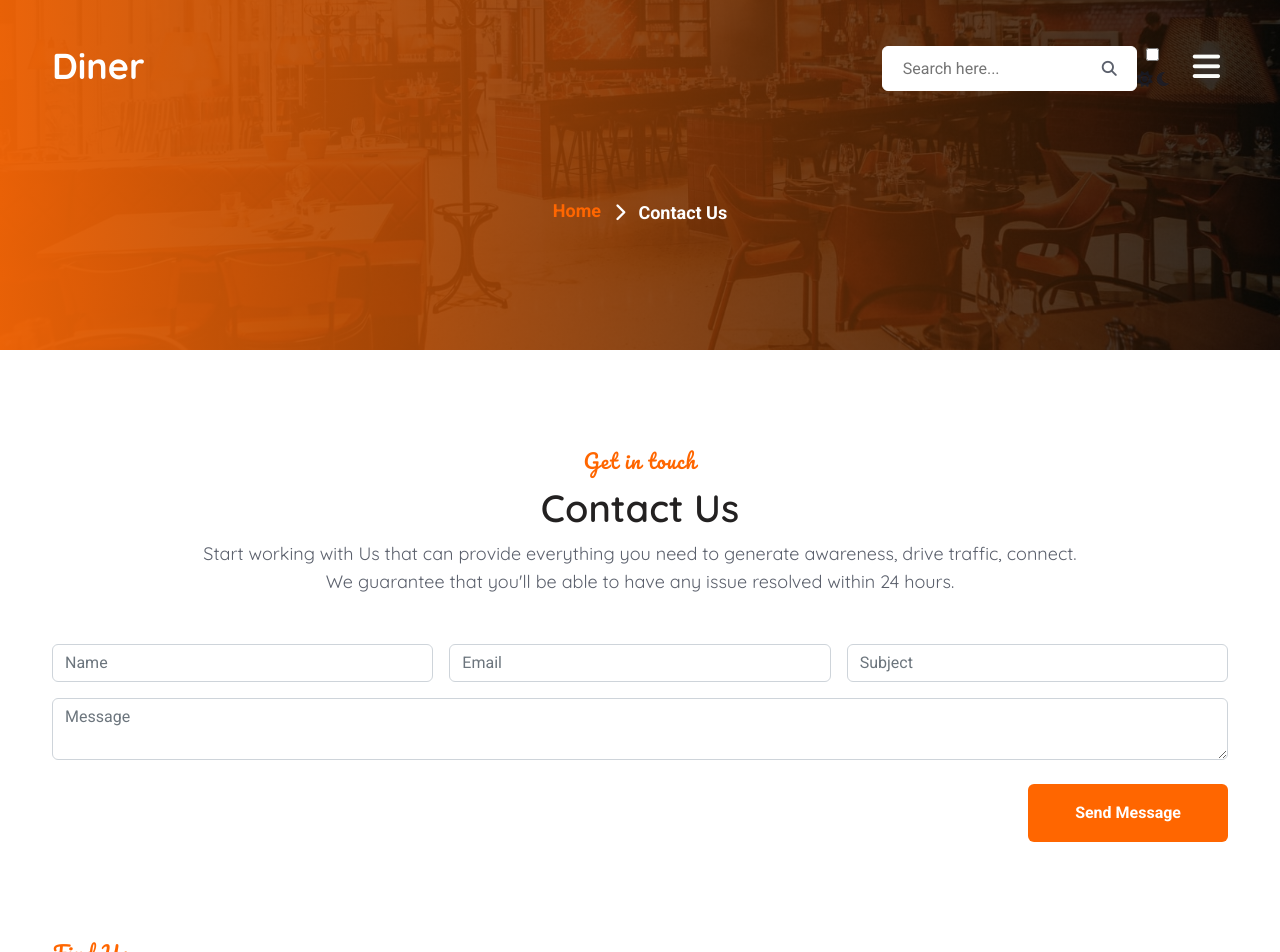
Repository: minhtrivu6199/Diner
Page: contact.html
These files come from the project's save history. The page is drawn as it stood at one moment and after the next save; the edit follows.
The browser window is 1280 px wide. The pictures show the part of the page from y = 0 to 952 px (the page is 2237 px tall).
Backgrounds fixed to the window are drawn as part of the page. The style sheet was rebuilt from its Sass, Less or Tailwind sources for each picture, by a compiler version that may differ from the author's.

Above is the page before, as saved 2022-10-12 14:17:44.

### contact.html
<!DOCTYPE html>
<html lang="en">
  <head>
    <title>Diner</title>
    <!-- Required meta tags -->
    <meta charset="utf-8" />
    <meta
      name="viewport"
      content="width=device-width, initial-scale=1, shrink-to-fit=no"
    />

    <!-- FontAwesome 6.2.0 CSS -->
    <link
      rel="stylesheet"
      href="https://cdnjs.cloudflare.com/ajax/libs/font-awesome/6.2.0/css/all.min.css"
      integrity="sha512-xh6O/CkQoPOWDdYTDqeRdPCVd1SpvCA9XXcUnZS2FmJNp1coAFzvtCN9BmamE+4aHK8yyUHUSCcJHgXloTyT2A=="
      crossorigin="anonymous"
      referrerpolicy="no-referrer"
    />

    <!-- Font -->
    <link rel="preconnect" href="https://fonts.googleapis.com" />
    <link rel="preconnect" href="https://fonts.gstatic.com" crossorigin />
    <link
      href="https://fonts.googleapis.com/css2?family=Roboto:wght@100;300;400;500;700;900&display=swap"
      rel="stylesheet"
    />
    <link
      href="https://fonts.googleapis.com/css2?family=Pacifico&display=swap"
      rel="stylesheet"
    />
    <link
      href="https://fonts.googleapis.com/css2?family=Quicksand:wght@300;400;500;600;700&display=swap"
      rel="stylesheet"
    />

    <!-- Bootstrap CSS v5.2.1 -->
    <link
      href="https://cdn.jsdelivr.net/npm/bootstrap@5.2.1/dist/css/bootstrap.min.css"
      rel="stylesheet"
      integrity="sha384-iYQeCzEYFbKjA/T2uDLTpkwGzCiq6soy8tYaI1GyVh/UjpbCx/TYkiZhlZB6+fzT"
      crossorigin="anonymous"
    />
    <link rel="stylesheet" href="./css/contact.min.css" />
  </head>

  <body>
    <section class="header-banner">
      <div class="container">
        <!-- BANNER HEADER -->
        <div class="banner-header">
          <div class="banner-logo">
            <h1>
              <a href="" class="logo-brand">Diner</a>
            </h1>
          </div>
          <div class="banner-right-content">
            <div class="search-bar">
              <form class="search position-relative">
                <input
                  type="search"
                  class="search-input"
                  placeholder="Search here..."
                />
                <span class="fa fa-search search-icon"></span>
              </form>
            </div>
            <div class="menu text-center">
              <div class="mobile-position">
                <nav class="navigation">
                  <div class="theme-switch-wrapper">
                      <label for="checkbox" class="theme-switch">
                        <input type="checkbox" id="checkbox" />
                        <div class="mode-container">
                          <i class="fa fa-sun"></i>
                          <i class="fa fa-moon"></i>
                        </div>
                      </label>
                    </div>
                </nav>
              </div>
              <div class="mobile-nav-button text-center">
                <button id="trigger-overlay" type="button">
                  <i class="fa fa-bars" aria-hidden="true"></i>
                </button>
              </div>
            </div>
          </div>
          <!-- NAV MENU -->
          <div class="overlay overlay-scale">
            <button type="button" class="overlay-close">
              <i class="fa fa-times" aria-hidden="true"></i>
            </button>

            <nav>
              <ul>
                <li><a href="index.html" class="active">Home</a></li>
                <li><a href="about.html">About</a></li>
                <li><a href="services.html">Services</a></li>
                <li><a href="blog.html">Blog</a></li>
                <li><a href="error.html">404</a></li>
                <li><a href="">Landing Page</a></li>
                <li><a href="contact.html">Contact</a></li>
                <li><a href="">Shot Codes</a></li>
                <li><a href="">Email</a></li>
              </ul>
            </nav>
          </div>
          <!-- END NAV MENU -->
        </div>
        <!-- END BANNER HEADER -->
        <div class="header-breadcrumb text-center">
          <div class="path">
            <a href="./index.html">Home</a>
            <span class="fa fa-chevron-right mx-2"></span>
            <span>Contact Us</span>
          </div>
        </div>
      </div>
    </section>
    <!-- CONTACT -->
    <section class="contact py-5">
      <div class="contacts-container py-lg-5 py-md-4">
        <div class="container">
          <!-- FORM -->
          <div class="contact-form">
            <div class="header-title text-center">
              <h6 class="subtitle">Get in touch</h6>
              <h3 class="title">Contact Us</h3>
              <p class="mb-sm-5 mb-4">
                Start working with Us that can provide everything you need to
                generate awareness, drive traffic, connect.<br />
                We guarantee that you'll be able to have any issue resolved
                within 24 hours.
              </p>
            </div>
            <form action="">
              <div class="d-flex mb-3">
                <input type="text" class="form-control" placeholder="Name" />
                <input type="email" class="form-control mx-3" placeholder="Email" />
                <input type="text" class="form-control" placeholder="Subject" />
              </div>
              <textarea placeholder="Message" class="form-control"></textarea>
              <div class="text-end">
                <button class="btn-style mt-4">Send Message</button>
              </div>
            </form>
          </div>
          <!-- END FORM -->

          <!-- FIND US -->
          <div class="find-us mt-5 pt-lg-5">
            <div class="info">
              <div class="header-title text-start mb-md-5 mb-4">
                <h6 class="subtitle">Find Us</h6>
                <h3 class="title mb-4">Additional Info</h3>
              </div>
              <div class="content d-flex">
                <div class="content-left text-center">
                  <span class="fa fa-phone"></span>
                </div>
                <div class="content-right">
                  <h5>Phone Number</h5>
                  <p>
                    <a href="">+(21) 255 088 4943</a>
                  </p>
                </div>
              </div>
              <div class="content d-flex mt-3">
                <div class="content-left text-center">
                  <span class="fa fa-envelope"></span>
                </div>
                <div class="content-right">
                  <h5>Send Email</h5>
                  <p>
                    <a href="">diner@mail.com</a>
                  </p>
                </div>
              </div>
              <div class="content d-flex mt-3">
                <div class="content-left text-center">
                  <span class="fa fa-map-marker"></span>
                </div>
                <div class="content-right">
                  <h5>Offfice Address</h5>
                  <p class="pe-lg-5">
                    Address here, 434 Food Honey street, London, UK - 62617.
                  </p>
                </div>
              </div>
            </div>
            <div class="map-content">
              <div class="map-iframe">
                <iframe
                  src="https://www.google.com/maps/embed?pb=!1m18!1m12!1m3!1d3919.4955913666636!2d106.66645661534315!3d10.773303362195957!2m3!1f0!2f0!3f0!3m2!1i1024!2i768!4f13.1!3m3!1m2!1s0x31752edc6bab45dd%3A0xe6e62ce7d7408c5d!2zNDU5IFPGsCBW4bqhbiBI4bqhbmgsIFBoxrDhu51uZyAxMiwgUXXhuq1uIDEwLCBUaMOgbmggcGjhu5EgSOG7kyBDaMOtIE1pbmgsIFZp4buHdCBOYW0!5e0!3m2!1svi!2s!4v1661777489782!5m2!1svi!2s"
                  width="100%"
                  height="400"
                  frameborder="0"
                  style="border: 0"
                  allowfullscreen=""
                  loading="lazy"
                  referrerpolicy="no-referrer-when-downgrade"
                ></iframe>
              </div>
            </div>
          </div>
        </div>
      </div>
    </section>
    <!-- END CONTACT -->

    <!-- FOOTER -->
    <section class="footer">
      <div class="py-5">
        <div class="container py-lg-4">
          <div class="row">
            <div class="col-lg-4 col-md-6 col-sm-7 pe-lg-5">
              <div class="footer-logo mb-3">
                <h2>
                  <a href="./index.html" class="navbar-brand">Diner</a>
                </h2>
              </div>
              <p>
                Lorem ipsum viverra feugiat. Pellen tesque libero ut justo,
                ultrices in ligula. Semper at tempufddfel. Lorem ipsum dolor sit
                amet Semper at elit.
              </p>
              <div class="social mt-4">
                <a href="" class="icon">
                  <span class="fab fa-facebook-f"></span>
                </a>
                <a href="" class="icon">
                  <span class="fab fa-twitter"></span>
                </a>
                <a href="" class="icon">
                  <span class="fab fa-instagram"></span>
                </a>
                <a href="" class="icon">
                  <span class="fab fa-linkedin"></span>
                </a>
              </div>
            </div>
            <div class="col-lg-2 col-md-6 col-sm-5 col-6 mt-sm-0 mt-5">
              <ul>
                <h6 class="footer-title">Usefull Links</h6>
                <li>
                  <a href="">About Us</a>
                </li>
                <li>
                  <a href="">Services</a>
                </li>
                <li>
                  <a href="">Blog posts</a>
                </li>
                <li>
                  <a href="">Careers</a>
                </li>
                <li>
                  <a href="">Contact us</a>
                </li>
              </ul>
            </div>
            <div class="col-lg-2 col-md-6 col-sm-5 col-6 mt-sm-0 mt-5">
              <ul>
                <h6 class="footer-title">More Info</h6>
                <li>
                  <a href="">History</a>
                </li>
                <li>
                  <a href="">Vision & Values</a>
                </li>
                <li>
                  <a href="">Awards</a>
                </li>
                <li>
                  <a href="">Media</a>
                </li>
                <li>
                  <a href="">Support</a>
                </li>
              </ul>
            </div>
            <div class="col-lg-4 col-md-6 col-sm-7 mt-lg-0 mt-5">
              <h6 class="footer-title">Subscribe to our Newsletter</h6>
              <p>
                Enter your email and receive the latest news, updates and
                special offers from us.
              </p>
              <form action="" class="subscribe mt-4">
                <input
                  type="email"
                  name="email"
                  placeholder="Your Email Address"
                />
                <button class="btn-style w-100 mt-3">Subscibe Now</button>
              </form>
            </div>
          </div>
        </div>
      </div>
    </section>
    <section class="copyright">
      <div class="container">
        <div class="row">
          <div class="col-lg-8">
            <p>
              © 2021 Diner. All rights reserved. Design by
              <a href="">W3Layouts</a>
            </p>
          </div>
          <div class="col-lg-4">
            <div class="d-flex text-lg-end">
              <a href="">Careers</a>
              <a href="" class="mx-lg-5 mx-md-4 mx-3">Privacy Policy</a>
              <a href="">Contact Us</a>
            </div>
          </div>
        </div>
      </div>
    </section>
    <!-- Bootstrap JavaScript Libraries -->
    <script
      src="https://cdn.jsdelivr.net/npm/@popperjs/core@2.11.6/dist/umd/popper.min.js"
      integrity="sha384-oBqDVmMz9ATKxIep9tiCxS/Z9fNfEXiDAYTujMAeBAsjFuCZSmKbSSUnQlmh/jp3"
      crossorigin="anonymous"
    ></script>

    <script
      src="https://cdn.jsdelivr.net/npm/bootstrap@5.2.1/dist/js/bootstrap.min.js"
      integrity="sha384-7VPbUDkoPSGFnVtYi0QogXtr74QeVeeIs99Qfg5YCF+TidwNdjvaKZX19NZ/e6oz"
      crossorigin="anonymous"
    ></script>

    <!-- Theme-switch -->
    <script src="https://cdnjs.cloudflare.com/ajax/libs/jquery/3.6.1/jquery.min.js" integrity="sha512-aVKKRRi/Q/YV+4mjoKBsE4x3H+BkegoM/em46NNlCqNTmUYADjBbeNefNxYV7giUp0VxICtqdrbqU7iVaeZNXA==" crossorigin="anonymous" referrerpolicy="no-referrer"></script>
    <script src="./js/theme-switch.js"></script>

    <!-- JS -->
    <script src="./js/modernizr-2.6.2.min.js"></script>
    <script src="./js/classie.js"></script>
    <script src="./js/main.js"></script>
  </body>
</html>

### js/main.js
(function () {
  var container = document.querySelector("div.container"),
    triggerBttn = document.getElementById("trigger-overlay"),
    overlay = document.querySelector("div.overlay"),
    closeBttn = overlay.querySelector("button.overlay-close");
  (transEndEventNames = {
    WebkitTransition: "webkitTransitionEnd",
    MozTransition: "transitionend",
    OTransition: "oTransitionEnd",
    msTransition: "MSTransitionEnd",
    transition: "transitionend",
  }),
    (transEndEventName = transEndEventNames[Modernizr.prefixed("transition")]),
    (support = { transitions: Modernizr.csstransitions });

  function toggleOverlay() {
    if (classie.has(overlay, "open")) {
      classie.remove(overlay, "open");
      classie.remove(container, "overlay-open");
      classie.add(overlay, "close");
      var onEndTransitionFn = function (ev) {
        if (support.transitions) {
          if (ev.propertyName !== "visibility") return;
          this.removeEventListener(transEndEventName, onEndTransitionFn);
        }
        classie.remove(overlay, "close");
      };
      if (support.transitions) {
        overlay.addEventListener(transEndEventName, onEndTransitionFn);
      } else {
        onEndTransitionFn();
      }
    } else if (!classie.has(overlay, "close")) {
      classie.add(overlay, "open");
      classie.add(container, "overlay-open");
    }
  }

  triggerBttn.addEventListener("click", toggleOverlay);
  closeBttn.addEventListener("click", toggleOverlay);
})();

### scss/pages/about/contact.scss
@import "../../base/variables";
@import "../components/menu";
@import "../components/header";

### scss/base/_variables.scss
// Color
$blue: #007bff;
$indigo: #6610f2;
$purple: #6f42c1;
$pink: #e83e8c;
$red: #dc3545;
$orange: #ff6600;
$yellow: #ffc107;
$green: #28a745;
$teal: #20c997;
$cyan: #17a2b8;
$white: #fff;
$light-gray: #f7f7f7;
$gray: #6c757d;
$gray-dark: #343a40;
$light-orange: #f8b195;
$success: #28a745;
$info: #17a2b8;
$warning: #ffc107;
$danger: #dc3545;
$light: #f8f9fa;
$dark: #343a40;
$font-color: rgba(22, 28, 45, 0.7);

:root {
  --primary-color: #ff6600;
  --secondary-color: #ffc600;
  --font-color: rgba(22, 28, 45, 0.7);
  --bg-color: #fff;
  --heading-color: #232121;
  --border-radius: 6px;
  --border-radius-full: 35px;
  --border-color: transparent;
  --border-color-light: #eee;
  --nav-color: #232121;
  --dropdown-color: #fff;
  --iframe-filter: grayscale(0%);
  --bg-light: rgba(130, 115, 252, 0.05);
  --bg-grey: #f7f7f7;
  --footer-bg: #000;
  --card-bg: #fff;
}

[data-theme="dark"] {
  --primary-color: #ff6600;
  --secondary-color: #ffc600;
  --font-color: #c2d0da;
  --bg-color: #232220;
  --heading-color: #eee;
  --border-color: rgba(255, 255, 255, 0.2);
  --border-color-light: rgba(255, 255, 255, 0.1);
  --nav-color: #fff;
  --dropdown-color: #121725;
  --iframe-filter: grayscale(100%);
  --bg-light: #282828;
  --bg-grey: #282828;
  --card-bg: #888c96;
  --footer-bg: #000;
}

*,
::after,
::before {
  margin: 0;
  padding: 0;
  box-sizing: border-box;
}

html,
body {
  font-family: "Roboto", sans-serif;
  color: var(--font-color);
  background-color: var(--bg-color);
}
a {
  text-decoration: none;
  background-color: transparent;
  cursor: pointer;
}

.container {
  max-width: 1200px;
}

.subtitle {
  font-family: "Pacifico", cursive;
  font-size: 20px;
  font-weight: 400;
  line-height: 30px;
  letter-spacing: 1px;
  color: var(--primary-color);
}

.title {
  font-size: 38px;
  line-height: 48px;
  font-weight: 600;
  font-family: "Quicksand", sans-serif;
}

p {
  font-size: 18px;
  line-height: 28px;
  font-family: "Quicksand", sans-serif;
  color: var(--font-color);
}

h1,
h2,
h3,
h4,
h5,
h6 {
  font-family: "Quicksand", sans-serif;
  color: var(--heading-color);
}

.btn-style {
  padding: 12px 45px;
  font-size: 16px;
  line-height: 30px;
  font-weight: 700;
  transition: 0.3 ease-in;
  border-radius: 6px;
  border: 2px solid transparent;
  color: $white;
  background-color: $orange;
  &:hover {
    color: $white;
    background-color: $orange;
    opacity: 0.8;
    border: 2px solid $orange;
  }
}

.radius-image {
  border-radius: 6px;
}

.img-fluid {
  max-width: 100%;
  height: auto;
}

### scss/pages/components/_menu.scss
@import '../../base/variables';
.overlay {
	position: fixed;
	width: 100%;
	height: 100%;
	top: 0;
	left: 0;
	background: rgb(6 3 0 / 77%);
}

/* Overlay closing cross */
.overlay .overlay-close {
    width: 40px;
    height: 40px;
    position: absolute;
    right: 40px;
    top: 40px;
    overflow: hidden;
    border: none;
    background: $orange;
    color: #fff;
    border-radius: 6px;
}

button#trigger-overlay {
	outline: none;
	border: none;
	background: none;
	text-align: center;
	color: #fbfdfb;
	font-size: 1.95em;
	padding: 0 8px;
}

/* Menu style */
.overlay nav {
	text-align: center;
	position: relative;
	top: 50%;
	height: 60%;
	-webkit-transform: translateY(-50%);
	transform: translateY(-50%);
}
.overlay ul {
	list-style: none;
	padding: 0;
	margin: 0 auto;
	display: inline-block;
	height: 100%;
	position: relative;
}
.overlay ul li {
	display: block;
	-webkit-backface-visibility: hidden;
	backface-visibility: hidden;
    line-height:3em;
}
.overlay ul li a {
	font-size: 20px;
	font-weight: 600;
	display: block;
	color: #fff;
	-webkit-transition: color 0.2s;
	transition: color 0.2s;
}

.overlay ul li a:hover,
.overlay ul li a:focus {
	color: $orange;
}

/* Effects */
.overlay-scale {
	visibility: hidden;
	opacity: 0;
	-webkit-transform: scale(0.9);
	transform: scale(0.9);
	-webkit-transition: -webkit-transform 0.2s, opacity 0.2s, visibility 0s 0.2s;
	transition: transform 0.2s, opacity 0.2s, visibility 0s 0.2s;
}

.overlay-scale.open {
	visibility: visible;
	opacity: 1;
	-webkit-transform: scale(1);
	transform: scale(1);
	-webkit-transition: -webkit-transform 0.4s, opacity 0.4s;
	transition: transform 0.4s, opacity 0.4s;
}

@media screen and (max-height: 30.5em) {
	.overlay nav {
		height: 70%;
		font-size: 34px;
	}

	.overlay ul li {
		min-height: 34px;
	}
}
@media (max-width:767px) {
	.overlay ul li a {
		font-size: 16px;
	}
	.overlay ul li {
		line-height: 2.5em;
	}
}
@media (max-width:600px) {
	.overlay ul li a {
		font-size: 16px;
	}
	.overlay ul li {
		line-height: 2.2em;
	}
}

### scss/pages/components/_header.scss
.header-banner {
    background-image: linear-gradient(to right, rgb(236 98 6 / 98%), rgb(5 3 0 / 83%)),
      url(../img/banner2.jpg);
    background-size: cover;
    background-position: center;
    background-repeat: no-repeat;
    background-attachment: fixed;
    min-height: 350px;
    .container {
      .banner-header {
        display: flex;
        justify-content: space-between;
        align-items: center;
        padding: 40px 0 20px 0;
        .banner-logo {
          .logo-brand {
            font-size: 36px;
            font-weight: 700;
            color: $white;
          }
        }

        .banner-right-content {
          display: flex;
          justify-content: center;
          align-items: center;
          .search-bar {
            display: flex;
            .search {
              .search-input {
                padding: 10px 50px 10px 20px;
                height: 45px;
                font-size: 16px;
                color: var(--font-color);
                font-weight: 400;
                border-radius: 6px;
                position: relative;
                right: 0;
                background: var(--bg-color);
                outline: 0;
                border: 1px solid var(--bg-color);
              }
              .search-icon {
                position: absolute;
                right: 20px;
                font-size: 15px;
                cursor: pointer;
                top: 15px;
              }
            }
          }

          .menu {
            display: flex;
            justify-content: center;
            align-items: center;
            .mobile-nav-button {
              margin-left: 1rem;
            }
          }
        }
      }

      .header-breadcrumb {
        .path {
            padding-top: 81px;
            a {
                color: var(--primary-color);
                font-size: 18px;
                font-weight: 600;
            }

            span {
                position: relative;
                display: inline-block;
                vertical-align: middle;
                font-size: 18px;
                line-height: 1.5;
                font-weight: 600;
                color: $white;
            }
        }
      }
    }
    @media only screen and (max-width: 768px){
      & {
        .container {
          .banner-header {
            padding: 20px 0 10px 0;
            .banner-logo {
              .logo-brand {
                font-size: 18px;
              }
            }

            .banner-right-content {
              .search-bar {
                .search {
                  .search-input {
                    padding: 10px 20px 10px 10px;
                    height: 20px;
                  }
                  .search-icon {
                    top: 5px;
                  }
                }
              }
            }
          }

        }
      }
    }
  }

Loaded but not shown: js/theme-switch.js (common file); js/modernizr-2.6.2.min.js (library); js/classie.js (77 lines, source omitted)

After the next save:
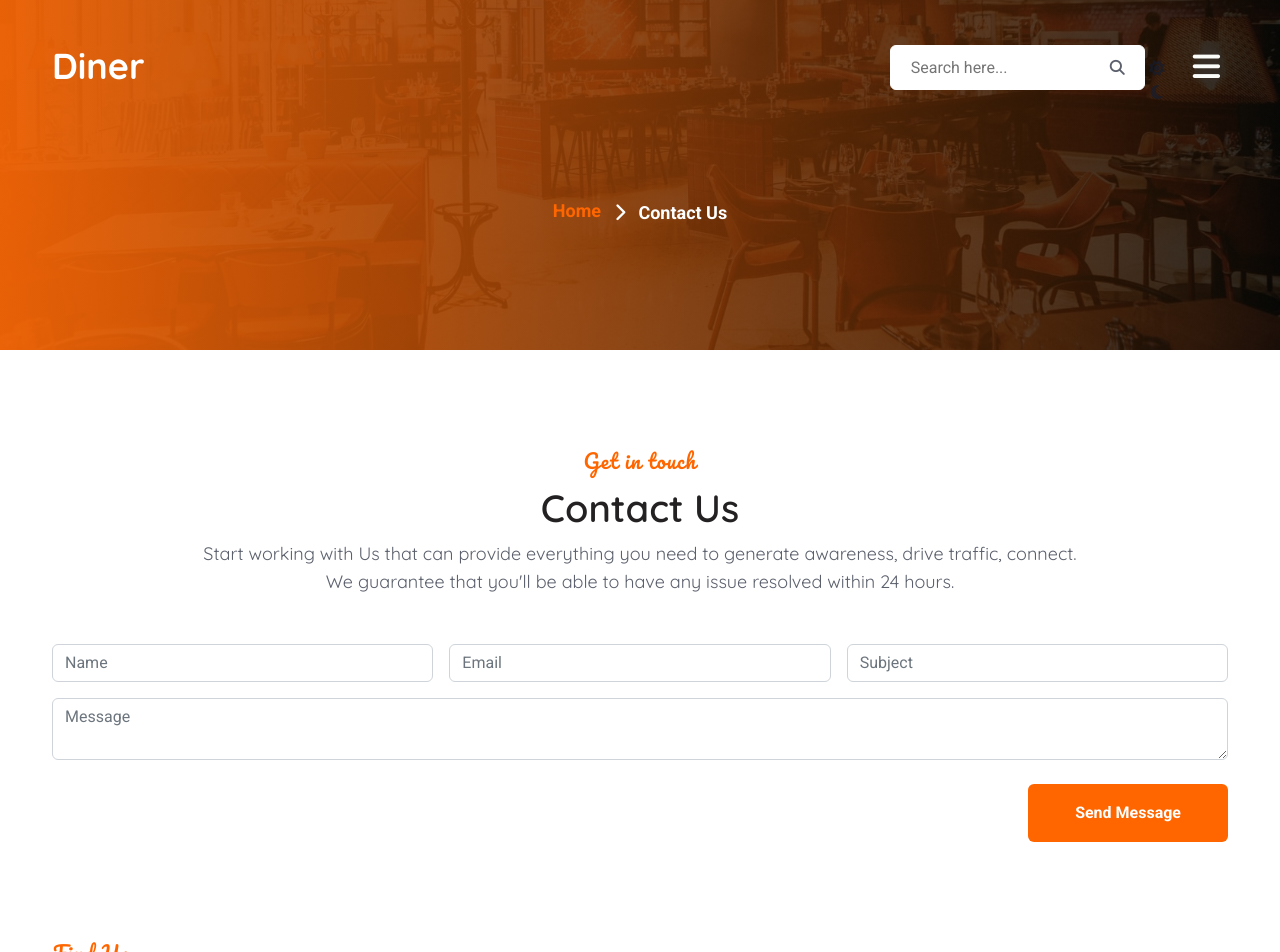
Saved 32 s later.
--- a/scss/pages/components/_header.scss
+++ b/scss/pages/components/_header.scss
@@ -57,6 +57,25 @@
             .mobile-nav-button {
               margin-left: 1rem;
             }
+
+            .theme-switch-wrapper {
+              display: flex;
+              align-items: center;
+              .theme-switch {
+                display:  inline-block;
+                position: relative;
+                margin: 0;
+                input {
+                  display: none;
+                }
+                .mode-container {
+                  width: 24px;
+                  height: 24px;
+                  padding: 1px 0;
+
+                }
+              }
+            }
           }
         }
       }
